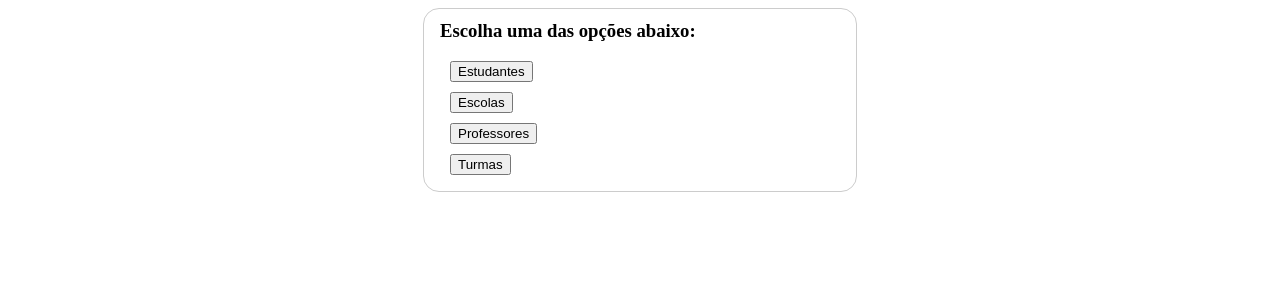
Repository: ipti/br.tag.webservice
Page: http://localhost/Restful-API-TAG/
An editor plug-in stored every save of this project. The page is shown before and after the next save, followed by the edit.
The browser window is 1280 px wide. The pictures show the whole page.
The page is served by Tomcat 9.

Above is the page before, as saved 2016-04-27 13:07:34.

After the next save:
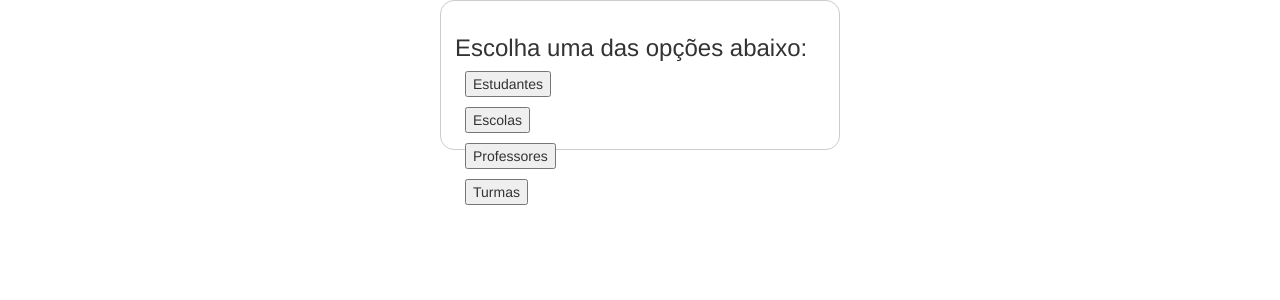
Saved 98 s later.
--- a/Restful-API-TAG/WebContent/index.jsp
+++ b/Restful-API-TAG/WebContent/index.jsp
@@ -4,6 +4,7 @@
 <html>
 <head>
 <link rel="stylesheet" href="css/styles.css">
+<link href="css/bootstrap.min.css" rel="stylesheet">
 <meta http-equiv="Content-Type" content="text/html; charset=ISO-8859-1">
 <title>API TAG</title>
 </head>
